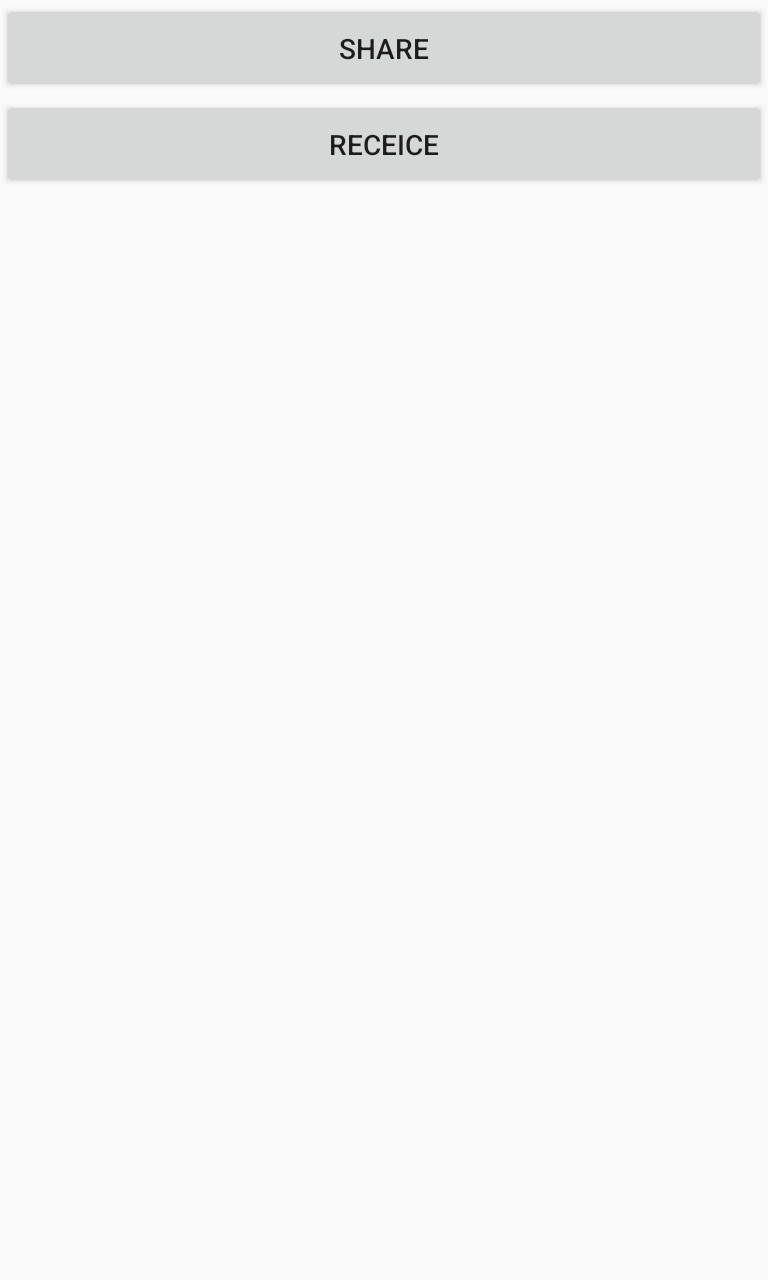
Repository: Pseudos/crowd-tidbits
Layout: crowd-tidbits/res/layout/main.xml
The author's editor kept a copy of each file at every save. The layout is drawn from the files as they stood at one save, then again after the next save.
It is drawn on a 768 x 1280 px phone screen (xhdpi) without system bars, with theme AppTheme; the app's code is not run.

Above is the layout before, as saved 2015-09-29 11:53:43.

### crowd-tidbits/res/layout/main.xml
<LinearLayout xmlns:android="http://schemas.android.com/apk/res/android"
    xmlns:tools="http://schemas.android.com/tools"
    android:layout_width="match_parent"
    android:layout_height="match_parent"
    android:orientation="vertical"
    tools:context="com.example.crowd_tidbits.Main" >

    <Button
        android:layout_width="fill_parent"
        android:layout_height="wrap_content"
        android:paddingLeft="20dp"
        android:paddingRight="20dp"
        android:text="Share"
      />
    <Button
        android:layout_width="fill_parent"
        android:layout_height="wrap_content"
        android:paddingLeft="20dp"
        android:paddingRight="20dp"
        android:text="Receice"
      />

</LinearLayout>

Loaded but not shown: crowd-tidbits/res/values/styles.xml (common file); crowd-tidbits/res/values-v11/styles.xml (common file); crowd-tidbits/res/values-v14/styles.xml (common file)

After the next save:
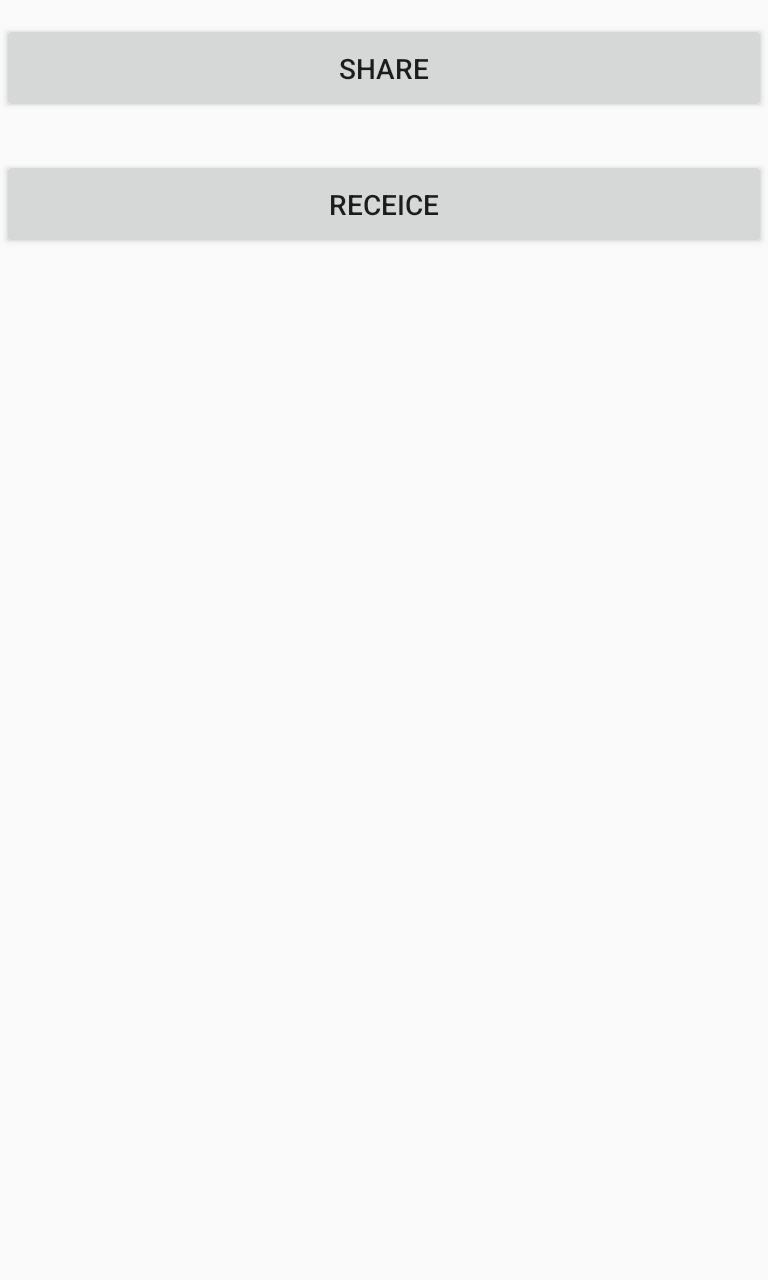
Saved 46 s later.
--- a/crowd-tidbits/res/layout/main.xml
+++ b/crowd-tidbits/res/layout/main.xml
@@ -8,6 +8,7 @@
     <Button
         android:layout_width="fill_parent"
         android:layout_height="wrap_content"
+        android:layout_marginTop="10dp"
         android:paddingLeft="20dp"
         android:paddingRight="20dp"
         android:text="Share"
@@ -15,6 +16,7 @@
     <Button
         android:layout_width="fill_parent"
         android:layout_height="wrap_content"
+        android:layout_marginTop="20dp"
         android:paddingLeft="20dp"
         android:paddingRight="20dp"
         android:text="Receice"
